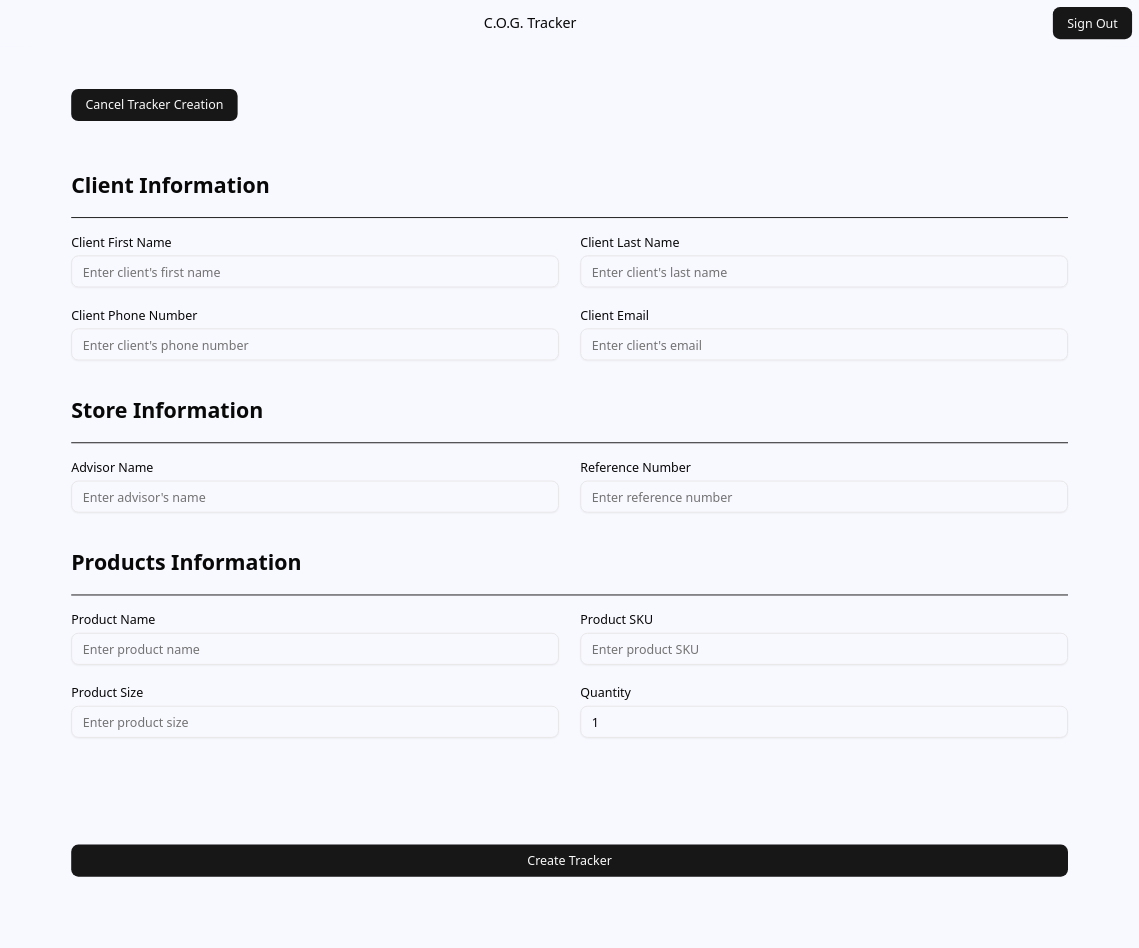
Repository: Renzo-Salosagcol/cog_tracker
Page: /dashboard/add-tracker
The author's editor kept a copy of each file at every save. The page is drawn from the files as they stood at one save, then again after the next save.
The browser window is 1280 px wide. The pictures show the whole page, at 89% of full size.
The page's requests for data from a server got no answer. The project was rebuilt for these pictures with package versions that can differ from the ones it lists, and the page was loaded fresh each time. The framework's server and built-in components were replaced by stand-ins that run in the browser. No one was signed in, and anything a server would have sent is missing. Also part of the build but not shown: next.config.ts.

Above is the page before, as saved 2026-01-16 19:53:28.

After the next save:
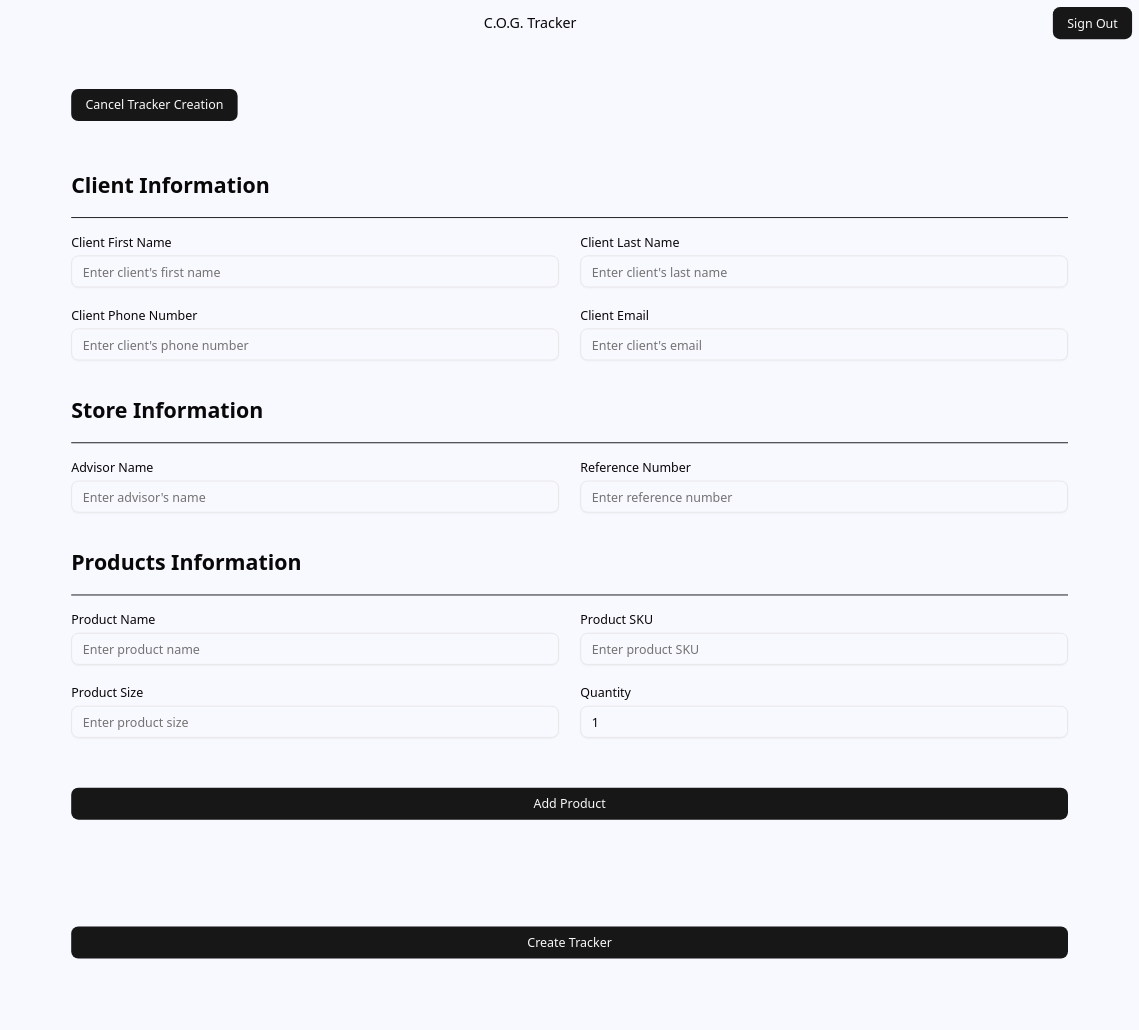
Saved 47 s later.
--- a/app/dashboard/add-tracker/page.tsx
+++ b/app/dashboard/add-tracker/page.tsx
@@ -280,6 +280,7 @@ export default function AddTrackerPage() {
                         )}
                       />
                     </div>
+                    <Button type="submit" className="w-full mt-10">Add Product</Button>
                   </form>
                 </Form>
               </div>
